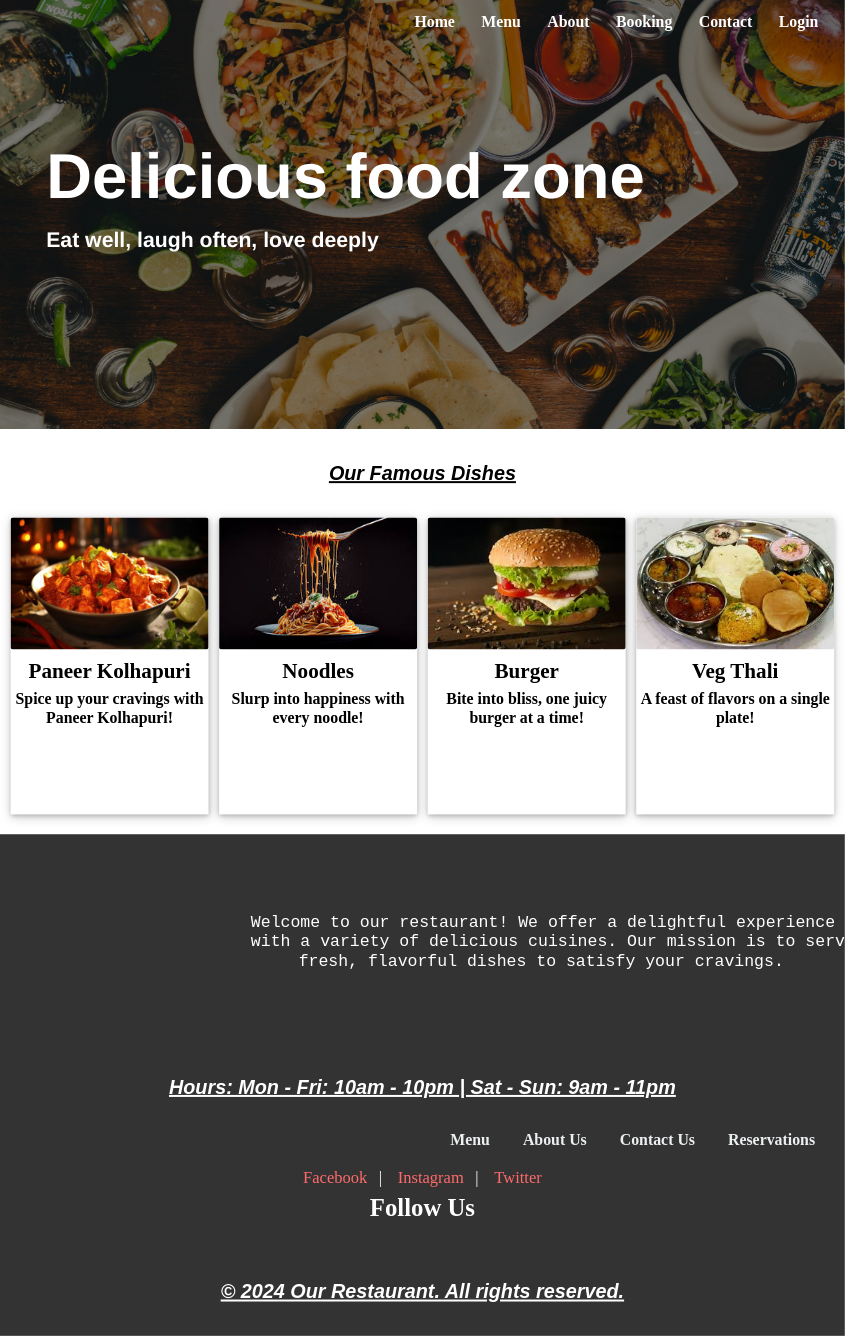
Repository: Shreya-Bonde/Restaurant-management-system
Page: index.html
These files come from the project's save history. The page is drawn as it stood at one moment and after the next save; the edit follows.
The browser window is 1280 px wide. The page is 1314 px wide, so the pictures cover 1314 px, including what lies to the right of the window. The pictures show the whole page, at 66% of full size.

Above is the page before, as saved 2024-10-10 15:07:40.

### index.html
<!DOCTYPE html>
<html lang="en">
<head>
    <meta charset="UTF-8">
    <meta name="viewport" content="width=device-width, initial-scale=1.0">
    <title>Document</title>
    <link rel="stylesheet" href="style.css">
</head>
<body>
    <header>
        <div class="banner-container">
                <nav class="navbar">
                    <ul>
                        <li><a href="#home">Home</a></li>
                        <li><a href="#menu">Menu</a></li>
                        <li><a href="/about.html">About</a></li>
                        <li><a href="/booking.html">Booking</a></li>
                        <li><a href="/contact.html">Contact</a></li>
                        <li><a href="/login.html">Login</a></li>
                    </ul>
                </nav>
                <div class="centered-text">
                    <h1>Delicious food zone</h1>
                    <h6>Eat well, laugh often, love deeply</h6>
                </div>
         </div>
    </header>
        <p>Our Famous Dishes</p>
        <div class="Flex">
            <div class="flex-item fitem1">
                <img src="paneer kolhapuri.jpg" alt="">
                <h1>Paneer Kolhapuri</h1>
                <h2>Spice up your cravings with Paneer Kolhapuri!</h2>
            </div>
            <div class="flex-item fitem2">
                <img src="noodles1.jpg" alt="">
                <h1>Noodles</h1>
                <h2>Slurp into happiness with every noodle!</h2>
            </div>
            <div class="flex-item fitem3">
                <img src="burger.jpg" alt="">
                <h1>Burger</h1>
                <h2>Bite into bliss, one juicy burger at a time!</h2>
            </div>
            <div class="flex-item fitem4">
                <img src="veg thali.jpg" alt="">
                <h1>Veg Thali</h1>
                <h2>A feast of flavors on a single plate!</h2>
            </div>
        </div>

    <footer>
        <div>
            <div class="footer-section">
                <p>
                    <pre>
                        Welcome to our restaurant! We offer a delightful experience
                        with a variety of delicious cuisines. Our mission is to serve
                        fresh, flavorful dishes to satisfy your cravings.
                    </pre>

                </p>
                <p>Hours: Mon - Fri: 10am - 10pm | Sat - Sun: 9am - 11pm</p>
            </div>
            <div class="footer-section links">
                <nav>
                    <ul>
                        <li><a href="menu.html">Menu</a></li>
                        <li><a href="about.html">About Us</a></li>
                        <li><a href="contact.html">Contact Us</a></li>
                        <li><a href="reservations.html">Reservations</a></li>
                      </ul>
                </nav>

              </div>

            <div class="social-media">
                <div class="sm-handle">
                    <a href="#" target="_blank" class="yt_handle"
                     rel="noopener noreferrer"> <i class="fa fa-youtube fa-lg yt_handle"></i>Facebook</a>&nbsp;&nbsp;|&nbsp;&nbsp;
                    <a href="#" target="_blank" class="linkedin_handle"
                    rel="noopener noreferrer"> <i class="fa fa-linkedin fa-lg linkedin_handle"></i>Instagram</a>&nbsp;&nbsp;|&nbsp;&nbsp;
                    <a href="#" target="_blank" class="insta_handle"
                    rel="noopener noreferrer"> <i class="fa fa-instagram fa-lg insta_handle"></i>Twitter</a>

                    <div class="footer-content social">
                        <h2>Follow Us</h2>
                        <div class="social-icons">
                          <a href="#"><i class="fab fa-facebook"></i></a>
                          <a href="#"><i class="fab fa-twitter"></i></a>
                          <a href="#"><i class="fab fa-instagram"></i></a>
                          <a href="#"><i class="fab fa-tripadvisor"></i></a>
                        </div>
                      </div>
                    <p class="footer-botton">&copy; 2024 Our Restaurant. All rights reserved.</p>


            </div>
        </div>
    </footer>
</body>
</html>

### style.css
* {
    box-sizing: border-box;
    margin: 0;
    padding: 0;
}
.banner-container {
    background-image: url(background1.jpg);
    background-repeat: no-repeat;
    background-size: cover;
    position: relative;
    width: 100%;
    height: 650px;
}
.navbar {
    position: absolute;
    top: 0;
    right: 0;
    padding: 20px;
}
.centered-text {
    position: absolute;
    top: 30%;
    left: 70px;
    color: white;
    line-height: 1.5;
    font-weight: bold;
    font-size: 3rem;
    font-family: 'Franklin Gothic Medium', 'Arial Narrow', Arial, sans-serif;
}
h6 {
    justify-content: center;
    margin-bottom: 20px;
}
nav ul {
    list-style-type: none;
    margin: 0;
    padding: 0;
    display: flex;
    justify-content: right;
    font-size: 1.5rem;
}
nav ul li {
    margin: 0 20px;
}
nav ul li a {
    color: white;
    text-decoration: none;
    font-weight: bold;
}
nav ul li a:hover {
    text-decoration: underline;
}
.Flex {
    width: 100%;
    display: flex;
    flex-wrap: wrap;
    box-sizing: gray;
    align-items: center;
    justify-content: space-evenly;
}
.flex-item {
    box-shadow: 0 2px 6px 0 rgba(0,0,0,0.2), 0 4px 16px 0 rgba(0,0,0,0.2);
    margin: 0;
    padding: 0;
}
.flex-item img {
 width: 100%;
 object-fit: fill;
}
.flex-item {
    margin-top: 20px;
    margin-bottom: 30px;
    display: inline-block;
    background-color: white;
    width: 300px;
    height: 450px;
    text-align: center;
}
.flex-item:hover {
    transform: scale(1.05);
}
img {
    width: 100%;
    height: 200px;
    object-fit: fill;
    border-radius: 4px;
}
p {
    text-align: center;
    font-size: 30px;
    font-weight: bold;
    font-style: oblique;
    font-family: Arial, Helvetica, sans-serif;
    padding: 50px 20px 30px;
    text-decoration: underline;
}
.flex-item h2 {
    line-height: 1.2;
}
.flex-item h1 {
    padding-top: 10px;
    padding-bottom: 10px;
}
footer {
    text-align: center;
    padding: 20px 0;
    background-color: #333;
    color: #fff;
    width: 100%;
    font-size: 25px;
}
.footer-section {

    min-width: 250px;
    margin: 20px;
}
footer p pre {
    text-decoration: none;
    text-align: left;
    justify-content: left;
    font-size: 20px;
}
.footer-section h2 {
    font-size: 1px;
}
.footer-section ul {
    list-style: none;
    padding: 0;
  }

  .footer-section ul li {
    margin-bottom: 10px;
  }

  .footer-section ul li a {
    color: #ecf0f1;
    text-decoration: none;
  }

  .footer-section ul li a:hover {
    color: #f39c12;
  }
.footer-content {
    padding: 10px 0;
}
.footer-content a:hover {
    text-decoration: underline;
}
.social-media {
    color: white;
    margin-top: 10px;
}
footer a {
    color: #ff6b6b;
    text-decoration: none;
    margin: 0 5px;
}
footer a:hover {
    text-decoration: underline;
}

After the next save:
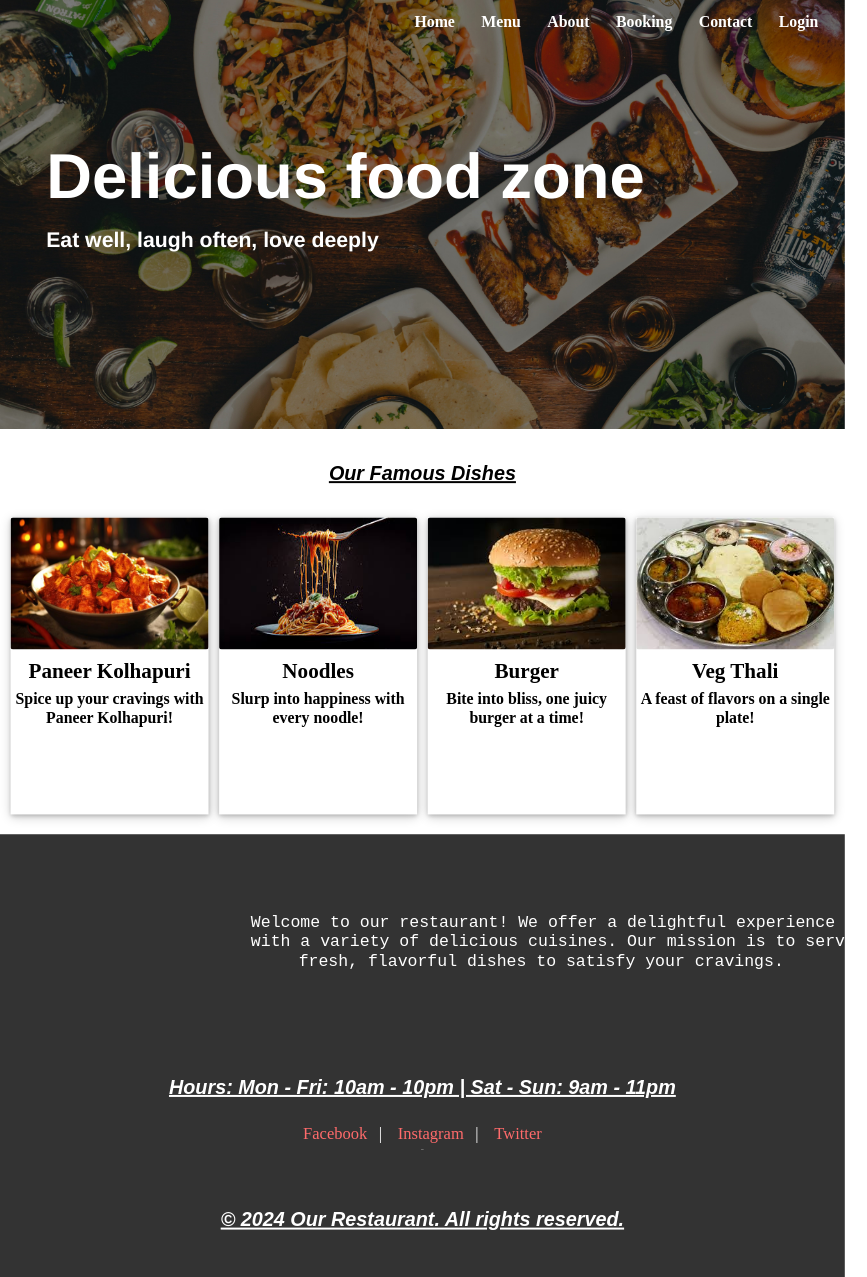
Saved 16 s later.
--- a/index.html
+++ b/index.html
@@ -61,18 +61,7 @@
 
                 </p>
                 <p>Hours: Mon - Fri: 10am - 10pm | Sat - Sun: 9am - 11pm</p>
-            </div>
-            <div class="footer-section links">
-                <nav>
-                    <ul>
-                        <li><a href="menu.html">Menu</a></li>
-                        <li><a href="about.html">About Us</a></li>
-                        <li><a href="contact.html">Contact Us</a></li>
-                        <li><a href="reservations.html">Reservations</a></li>
-                      </ul>
-                </nav>
 
-              </div>
 
             <div class="social-media">
                 <div class="sm-handle">
